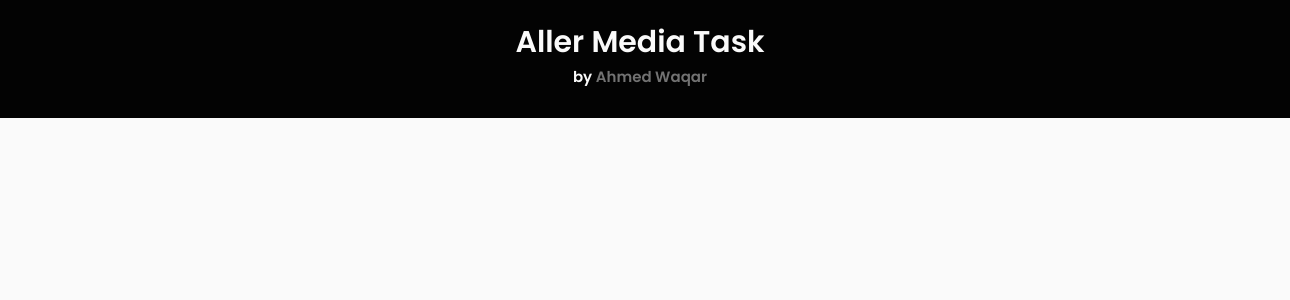
Repository: waqarmalyk/Back-to-front
Page: /
These files come from the project's save history. The page is drawn as it stood at one moment and after the next save; the edit follows.
The browser window is 1280 px wide. The page is 1290 px wide, then 1280 px, so the pictures cover 1290 px, including what lies to the right of the window. The pictures show the whole page.
The page's requests for data from a server got no answer. The project was rebuilt for these pictures with package versions that can differ from the ones it lists, and the page was loaded fresh each time. No one was signed in, and anything a server would have sent is missing.

Above is the page before, as saved 2022-02-06 11:30:00.

### public/index.html
<!DOCTYPE html>
<html lang="en">
  <head>
    <meta charset="utf-8" />
    <link rel="icon" href="%PUBLIC_URL%/favicon.ico" />
    <meta name="viewport" content="width=device-width, initial-scale=1" />
    <meta name="theme-color" content="#000000" />
    <meta
      name="description"
      content="Web site created using create-react-app"
    />
    <link rel="apple-touch-icon" href="%PUBLIC_URL%/logo192.png" />
     <link
    href="https://fonts.googleapis.com/css2?family=Poppins:ital,wght@0,200;0,400;0,600;1,200;1,400;1,600&display=swap"
    rel="stylesheet">
    <!--
      manifest.json provides metadata used when your web app is installed on a
      user's mobile device or desktop. See https://developers.google.com/web/fundamentals/web-app-manifest/
    -->
    <link rel="manifest" href="%PUBLIC_URL%/manifest.json" />
    <!--
      Notice the use of %PUBLIC_URL% in the tags above.
      It will be replaced with the URL of the `public` folder during the build.
      Only files inside the `public` folder can be referenced from the HTML.

      Unlike "/favicon.ico" or "favicon.ico", "%PUBLIC_URL%/favicon.ico" will
      work correctly both with client-side routing and a non-root public URL.
      Learn how to configure a non-root public URL by running `npm run build`.
    -->
    <title>React App</title>
  </head>
  <body>
    <noscript>You need to enable JavaScript to run this app.</noscript>
    <div id="root"></div>
    <!--
      This HTML file is a template.
      If you open it directly in the browser, you will see an empty page.

      You can add webfonts, meta tags, or analytics to this file.
      The build step will place the bundled scripts into the <body> tag.

      To begin the development, run `npm start` or `yarn start`.
      To create a production bundle, use `npm run build` or `yarn build`.
    -->
  </body>
</html>

### src/App.js
import "./App.css";
import Get from "./components/Get";

function App() {
  return (
    <>
      <header className="title">
        <h1>Aller Media Task </h1>
        <p>
          by <span>Ahmed Waqar</span>
        </p>
      </header>
      <Get />
    </>
  );
}

export default App;

### src/App.css

:root {
  --black: hsl(0, 0%, 1%);
  --cyan: hsl(180, 62%, 55%);
  --orange: hsl(34, 97%, 64%);
  --blue: hsl(212, 86%, 64%);
  --varyDarkBlue: hsl(234, 12%, 34%);
  --grayishBlue: hsl(229, 6%, 66%);
  --veryLightGray: hsl(0, 0%, 98%);
  --weight1: 200;
  --weight2: 400;
  --weight3: 600;
}
* {
  margin: 0;
  padding: 0;
  box-sizing: border-box;
}
body {
  font-size: 15px;
  font-family: 'Poppins', sans-serif;
  background-color: var(--veryLightGray);
}
.title {
text-align: center;
font-weight: var(--weight3);
padding: 30px;
background-color:var(--black);
color: var(--veryLightGray);
margin: -10px -10px
}
span{
  color:rgb(114, 114, 114);
}
span:hover{
  color:var(--varyDarkBlue) ;
}

.container {
  margin: 2em;
  display: flex;
  flex-direction: column;
  align-items: center;
  justify-content: center;
}
.row {
  display: flex;
  flex-wrap: wrap;
  justify-content: space-between;
}


/* Grid Classes */
.col-1{
  width: 8.33%;
}
.col-2 {
  width: 16.66%;
}
.col-3 {
  width: 24.99%;
}
.col-4 {
  width: 33.33%;
}
.col-5 {
  width: 41.66%;
}
.col-6 {
  width: 50%;
}
.col-7 {
  width: 58.33%;
}
.col-8 {
  width: 66.66%;
}
.col-9 {
  width: 74.99%;
}
.col-10 {
  width: 83.33%;
}
.col-11 {
  width: 91.66%;
}
.col-12 {
  width: 100%;
}

### src/components/Get.js
import React, { useState, useEffect, useRef } from "react";
import axios from "axios";

function Get() {
  const ref = useRef(null);

  const [data, setData] = useState([]);
  const [singleWidth, setSingleWidth] = useState(null);

  useEffect(() => {
    setSingleWidth(ref.current.offsetWidth / 12);
    axios
      .get("https://storage.googleapis.com/aller-structure-task/test_data.json")
      .then((res) => {
        setData(res.data[0]);
      })
      .catch((err) => {
        console.log(err);
      });
  }, []);
  return (
    <div className="container" ref={ref}>
      {console.log(singleWidth, data)}
      {data.length > 0 &&
        !!singleWidth &&
        data.map((row, rowIndex) => (
          <div className="row card" key={rowIndex}>
            {row.columns.map((column, columnIndex) => (
              <div className={"article col-" + column.width} key={columnIndex}>
                <img
                  src={
                    column.imageUrl +
                    "&width=" +
                    singleWidth * column.width +
                    "&height="
                  }
                  alt={column.title}
                />
                <h2 className="heading">
                  {column.title + " - " + column.width}
                </h2>
              </div>
            ))}
          </div>
        ))}
    </div>
  );
}

export default Get;

Loaded but not shown: src/index.js (common file)

After the next save:
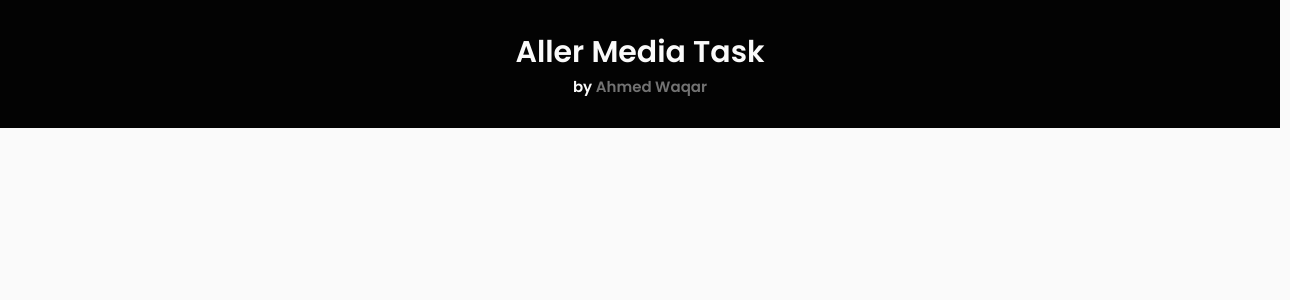
Saved 44 s later.
--- a/src/App.css
+++ b/src/App.css
@@ -27,7 +27,7 @@
 padding: 30px;
 background-color:var(--black);
 color: var(--veryLightGray);
-margin: -10px -10px
+/* margin: -10px -10px */
 }
 span{
   color:rgb(114, 114, 114);
